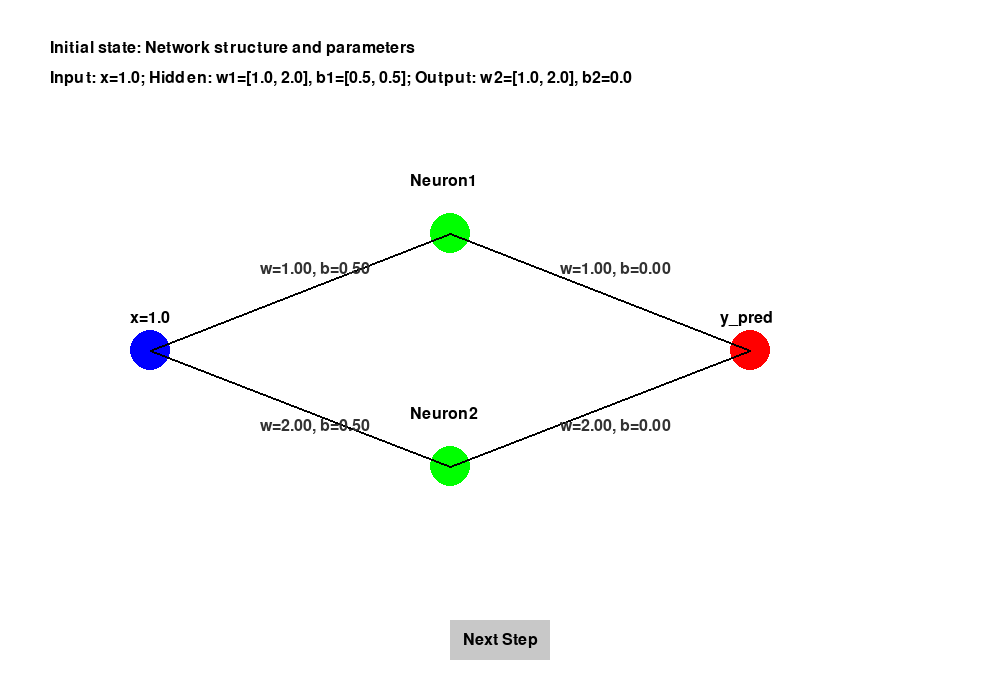
Repository: ducchuu/cnn_from_scratch
Script's output: python src/visualization/pygame_nn_simulator.py
An editor plug-in stored every save of this project. The script's output is shown before and after the next save, followed by the edit.
The window is shown after at most 60 frames with no key pressed. Random numbers start from a fixed seed.

Above is the script's output before, as saved 2025-02-13 05:04:53.

After the next save:
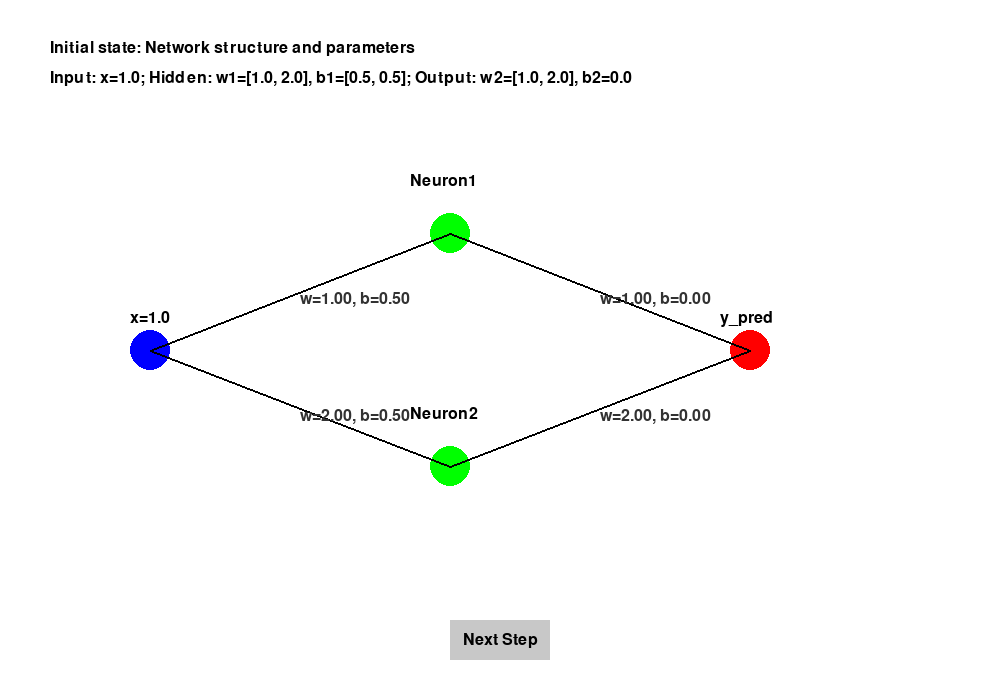
Saved 5 min 2 s later.
--- a/src/visualization/pygame_nn_simulator.py
+++ b/src/visualization/pygame_nn_simulator.py
@@ -137,36 +137,81 @@ def draw_network(screen, step):
     text = font.render("y_pred", True, (0, 0, 0))
     screen.blit(text, (output_pos[0] - 30, output_pos[1] - 40))
 
-    # 在连线上显示权重和偏置
-    def draw_weight_bias(start_pos, end_pos, w, b, color, offset=0):
+    # 定义边的文本位置（每条边定义多个不同高度的位置）
+    def get_edge_text_positions(start_pos, end_pos):
+        # 计算边的中点
         mid_x = (start_pos[0] + end_pos[0]) // 2
-        mid_y = (start_pos[1] + end_pos[1]) // 2 + offset
-        text = font.render(f"w={w:.2f}, b={b:.2f}", True, color)
-        screen.blit(text, (mid_x - 40, mid_y - 10))
-
-    # 绘制初始权重和偏置
+        mid_y = (start_pos[1] + end_pos[1]) // 2
+
+        # 计算边的方向向量
+        dx = end_pos[0] - start_pos[0]
+        dy = end_pos[1] - start_pos[1]
+
+        # 计算垂直于边的方向
+        length = (dx * dx + dy * dy) ** 0.5
+        if length != 0:
+            normal_x = -dy / length
+            normal_y = dx / length
+        else:
+            normal_x, normal_y = 0, 1
+
+        # 返回多个文本位置（上中下）
+        positions = {
+            "top": (mid_x + normal_x * 30, mid_y + normal_y * 30),
+            "middle": (mid_x, mid_y),
+            "bottom": (mid_x - normal_x * 30, mid_y - normal_y * 30),
+        }
+        return positions
+
+    # 获取每条边的文本位置
+    input_hidden1_pos = get_edge_text_positions(input_pos, hidden1_pos)
+    input_hidden2_pos = get_edge_text_positions(input_pos, hidden2_pos)
+    hidden1_output_pos = get_edge_text_positions(hidden1_pos, output_pos)
+    hidden2_output_pos = get_edge_text_positions(hidden2_pos, output_pos)
+
+    # 绘制权重和偏置（始终显示）
     if step < 9:  # 未更新参数时显示初始值
-        # 输入层到隐藏层的权重和偏置
-        draw_weight_bias(input_pos, hidden1_pos, 1.0, 0.5, COLORS["weights"], -20)
-        draw_weight_bias(input_pos, hidden2_pos, 2.0, 0.5, COLORS["weights"], 20)
-        # 隐藏层到输出层的权重和偏置
-        draw_weight_bias(hidden1_pos, output_pos, 1.0, 0.0, COLORS["weights"], -20)
-        draw_weight_bias(hidden2_pos, output_pos, 2.0, 0.0, COLORS["weights"], 20)
-    else:  # 参数更新后显示新值
-        # 输入层到隐藏层的新权重和偏置
-        draw_weight_bias(
-            input_pos, hidden1_pos, 1.05, 0.55, COLORS["updated_params"], -20
-        )
-        draw_weight_bias(input_pos, hidden2_pos, 2.1, 0.6, COLORS["updated_params"], 20)
-        # 隐藏层到输出层的新权重和偏置
-        draw_weight_bias(
-            hidden1_pos, output_pos, 1.075, 0.05, COLORS["updated_params"], -20
-        )
-        draw_weight_bias(
-            hidden2_pos, output_pos, 2.125, 0.05, COLORS["updated_params"], 20
-        )
-
-    # 调整其他文本位置避免重叠
+        # 输入层到隐藏层
+        text = font.render(f"w=1.00, b=0.50", True, COLORS["weights"])
+        screen.blit(text, input_hidden1_pos["middle"])
+        text = font.render(f"w=2.00, b=0.50", True, COLORS["weights"])
+        screen.blit(text, input_hidden2_pos["middle"])
+
+        # 隐藏层到输出层
+        text = font.render(f"w=1.00, b=0.00", True, COLORS["weights"])
+        screen.blit(text, hidden1_output_pos["middle"])
+        text = font.render(f"w=2.00, b=0.00", True, COLORS["weights"])
+        screen.blit(text, hidden2_output_pos["middle"])
+    else:
+        # 显示更新后的参数
+        text = font.render(f"w=1.05, b=0.55", True, COLORS["updated_params"])
+        screen.blit(text, input_hidden1_pos["middle"])
+        text = font.render(f"w=2.10, b=0.60", True, COLORS["updated_params"])
+        screen.blit(text, input_hidden2_pos["middle"])
+
+        text = font.render(f"w=1.075, b=0.05", True, COLORS["updated_params"])
+        screen.blit(text, hidden1_output_pos["middle"])
+        text = font.render(f"w=2.125, b=0.05", True, COLORS["updated_params"])
+        screen.blit(text, hidden2_output_pos["middle"])
+
+    # 根据步骤显示梯度信息
+    if step >= 6:
+        # 输出层权重梯度
+        text = font.render("grad_w2 = [-0.75, -1.25]", True, COLORS["gradients"])
+        screen.blit(text, hidden1_output_pos["top"])
+
+    if step >= 7:
+        # 隐藏层梯度
+        text = font.render("dL/dh = [-0.5, -1.0]", True, COLORS["gradients"])
+        screen.blit(text, hidden1_output_pos["bottom"])
+        screen.blit(text, hidden2_output_pos["bottom"])
+
+    if step >= 8:
+        # 输入层权重梯度
+        text = font.render("grad_w1 = [-0.5, -1.0]", True, COLORS["gradients"])
+        screen.blit(text, input_hidden1_pos["top"])
+
+    # 节点值显示（使用固定偏移）
     if step >= 1:
         # 隐藏层激活值
         text = font.render(f"z={z1[0]:.1f}", True, COLORS["activation"])
@@ -180,48 +225,18 @@ def draw_network(screen, step):
         text = font.render(f"h={h[1]:.1f}", True, COLORS["activation"])
         screen.blit(text, (hidden2_pos[0] + 30, hidden2_pos[1]))
 
+    # 输出层信息（使用固定位置）
     if step >= 3:
-        # 显示输出层计算结果 y_pred - 移到节点右侧
         text = font.render("y_pred=6.5", True, COLORS["gradients"])
         screen.blit(text, (output_pos[0] + 40, output_pos[1]))
 
     if step >= 4:
-        # 显示损失 L - 移到输出节点下方
         text = font.render("L = 0.125", True, COLORS["loss"])
         screen.blit(text, (output_pos[0] + 40, output_pos[1] + 30))
 
     if step >= 5:
-        # 显示输出层梯度 dL/dy_pred - 移到输出节点上方
         text = font.render("dL/dy_pred = -0.5", True, COLORS["gradients"])
         screen.blit(text, (output_pos[0] - 60, output_pos[1] - 40))
-
-    if step >= 6:
-        # 显示输出层权重梯度 grad_w2 - 移到连线中间
-        text = font.render("grad_w2 = [-0.75, -1.25]", True, COLORS["gradients"])
-        screen.blit(
-            text,
-            (
-                (hidden1_pos[0] + output_pos[0]) // 2 - 60,
-                (hidden1_pos[1] + output_pos[1]) // 2 - 40,
-            ),
-        )
-
-    if step >= 7:
-        # 显示传递到隐藏层的梯度 dL/dh - 移到隐藏层节点左上方
-        text = font.render("dL/dh = [-0.5, -1.0]", True, COLORS["gradients"])
-        screen.blit(text, (hidden1_pos[0] - 150, hidden1_pos[1] - 30))
-        screen.blit(text, (hidden2_pos[0] - 150, hidden2_pos[1] - 30))
-
-    if step >= 8:
-        # 显示隐藏层权重梯度 grad_w1 - 移到输入层与隐藏层之间的连线上
-        text = font.render("grad_w1 = [-0.5, -1.0]", True, COLORS["gradients"])
-        screen.blit(
-            text,
-            (
-                (input_pos[0] + hidden1_pos[0]) // 2 - 80,
-                (input_pos[1] + hidden1_pos[1]) // 2 - 30,
-            ),
-        )
 
     # 在屏幕顶部显示当前步骤的说明
     current_step = steps[step]
